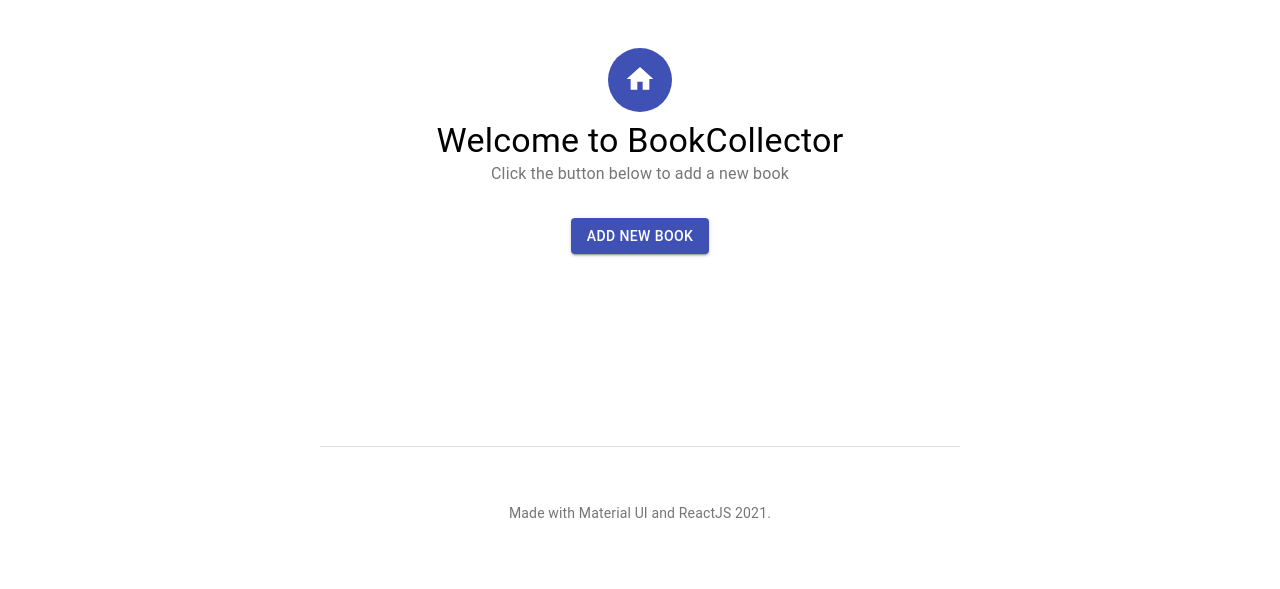
Repository: Colo-Codes/mini-project-react-book-collector
Page: /
The author's editor kept a copy of each file at every save. The page is drawn from the files as they stood at one save, then again after the next save.
The browser window is 1280 px wide. The pictures show the whole page.
The project was rebuilt for these pictures with package versions that can differ from the ones it lists, and the page was loaded fresh each time. Also part of the build but not shown: src/Books/AddBookForm.js, src/Books/BooksGridItem.js.

Above is the page before, as saved 2021-08-25 14:18:55.

After the next save:
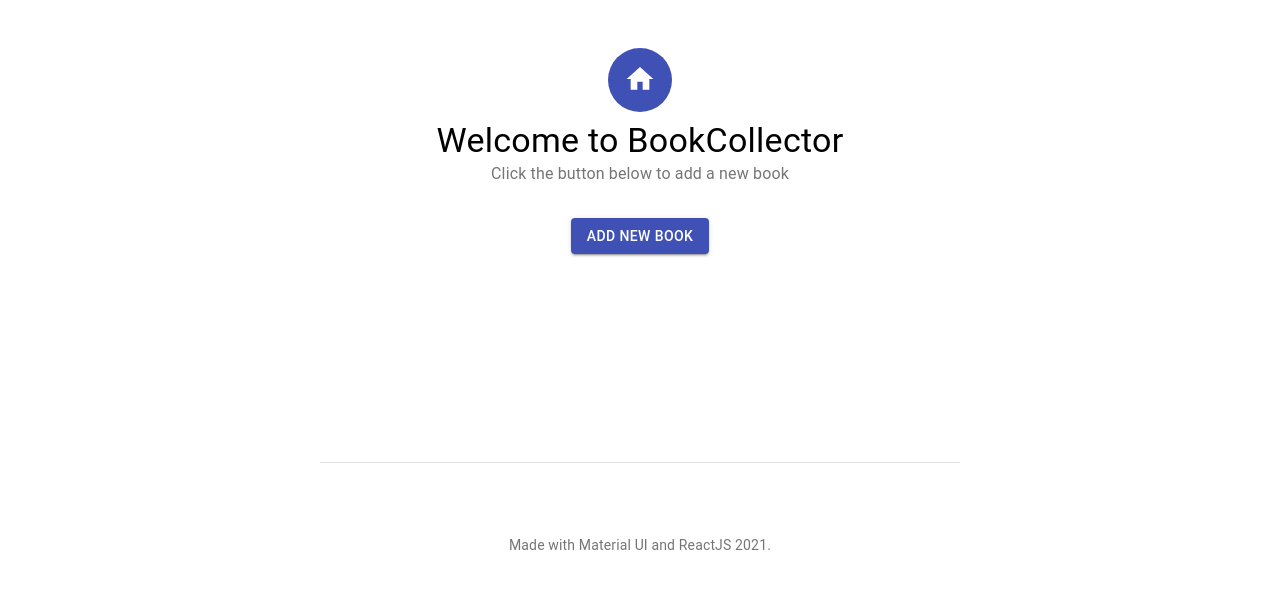
Saved 6 s later.
--- a/src/App.js
+++ b/src/App.js
@@ -29,7 +29,7 @@ const useStyles = makeStyles(theme => ({
   },
   divider: {
     width: '50%',
-    margin: '1rem auto',
+    margin: '2rem auto',
   }
 }));
 
